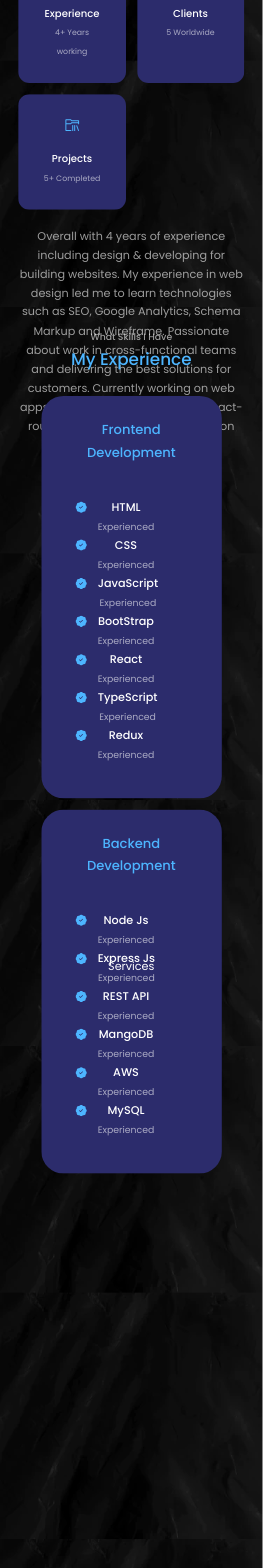
Repository: mayuri2018/Mr_react_portfolio
Page: /
These files come from the project's save history. The page is drawn as it stood at one moment and after the next save; the edit follows.
The browser window is 375 px wide. The pictures show the part of the page from y = 1322 to 3562 px (the page is 6203 px tall), at 70% of full size.
The project was rebuilt for these pictures with package versions that can differ from the ones it lists, and the page was loaded fresh each time. Also part of the build but not shown: src/components/services/services.css, src/components/portfolio/portfolio.css, src/components/testimonials/testimonials.css, src/components/contact/contact.css, src/components/footer/footer.css.

Above is the page before, as saved 2023-01-25 14:36:09.

After the next save:
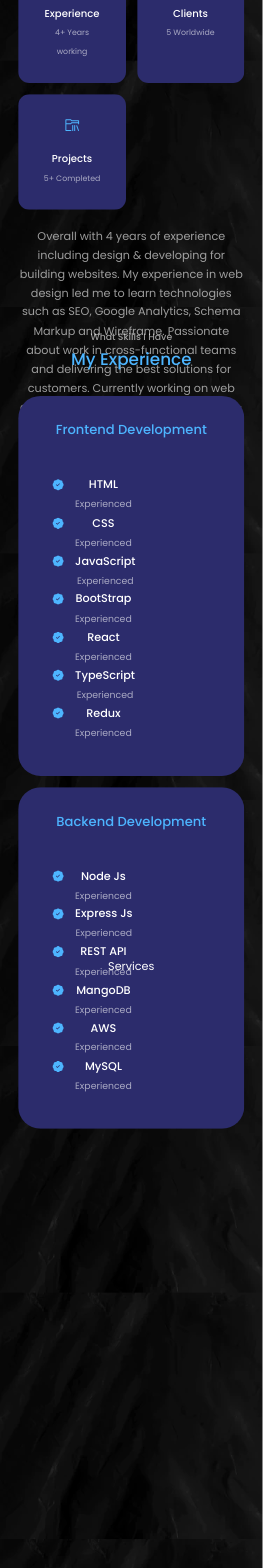
Saved 4 s later.
--- a/src/components/experience/experience.css
+++ b/src/components/experience/experience.css
@@ -56,4 +56,8 @@
    .experience_container{
     gap:1rem;
    }
+   .experience_container > div{
+    width: 100%;
+    padding: ;
+   }
   }
